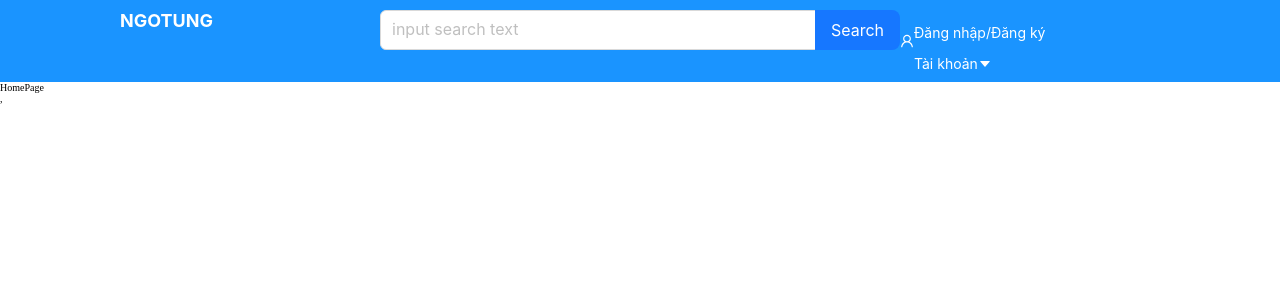
Repository: NgoThanhTung-2002/Youtube_Project
Page: /
These files come from the project's save history. The page is drawn as it stood at one moment and after the next save; the edit follows.
The browser window is 1280 px wide. The pictures show the whole page.
The project was rebuilt for these pictures with package versions that can differ from the ones it lists, and the page was loaded fresh each time. Also part of the build but not shown: src/pages/NotFoundPage/NotFoundPage.jsx. Imported but missing from the stored project, and not drawn on this page: src/pages/OrderPage/OrderPage, src/pages/ProductsPage/ProductsPage.

Above is the page before, as saved 2023-09-26 12:21:46.

After the next save:
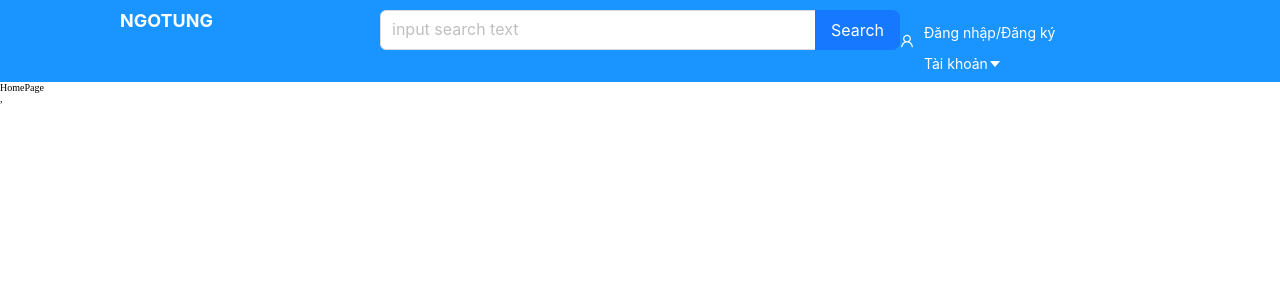
Saved 47 s later.
--- a/src/components/HeaderComponent/style.js
+++ b/src/components/HeaderComponent/style.js
@@ -17,4 +17,5 @@ export const WrapperHeaderAccount = styled.div`
     display: flex;
     align-items: center;
     color: #fff;
+    gap: 10px;
 `
